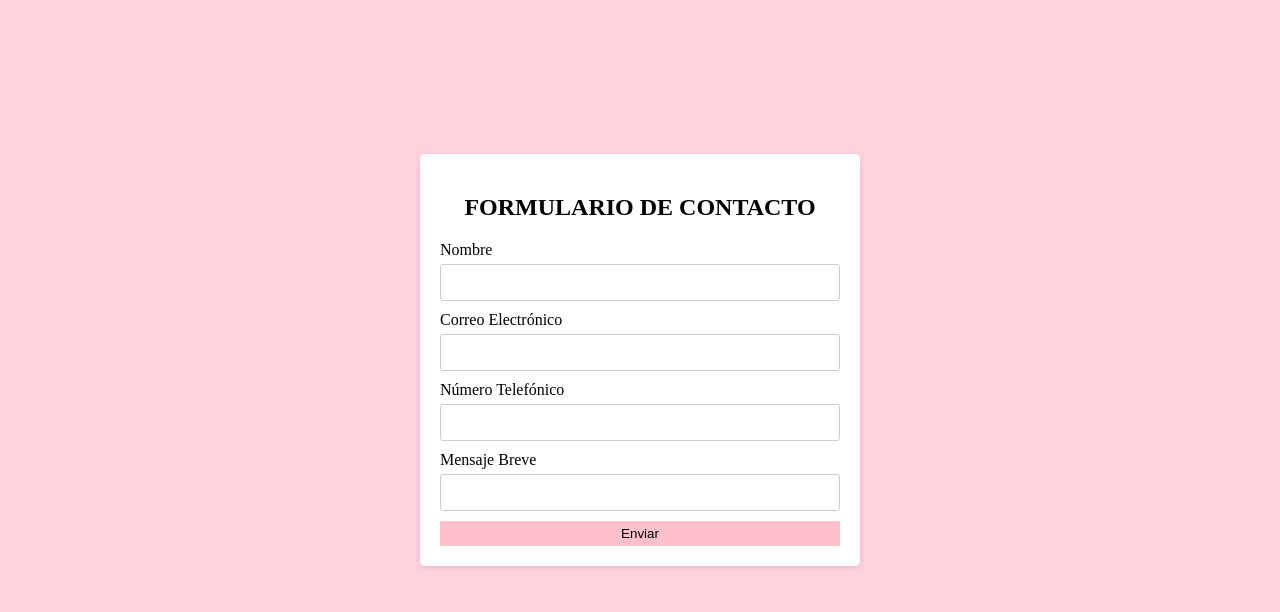
Repository: UVMCoyoacan/InnovaWeb
Page: indexformu.html
These files come from the project's save history. The page is drawn as it stood at one moment and after the next save; the edit follows.
The browser window is 1280 px wide. The pictures show the whole page.

Above is the page before, as saved 2024-03-01 13:27:48.

After the next save:
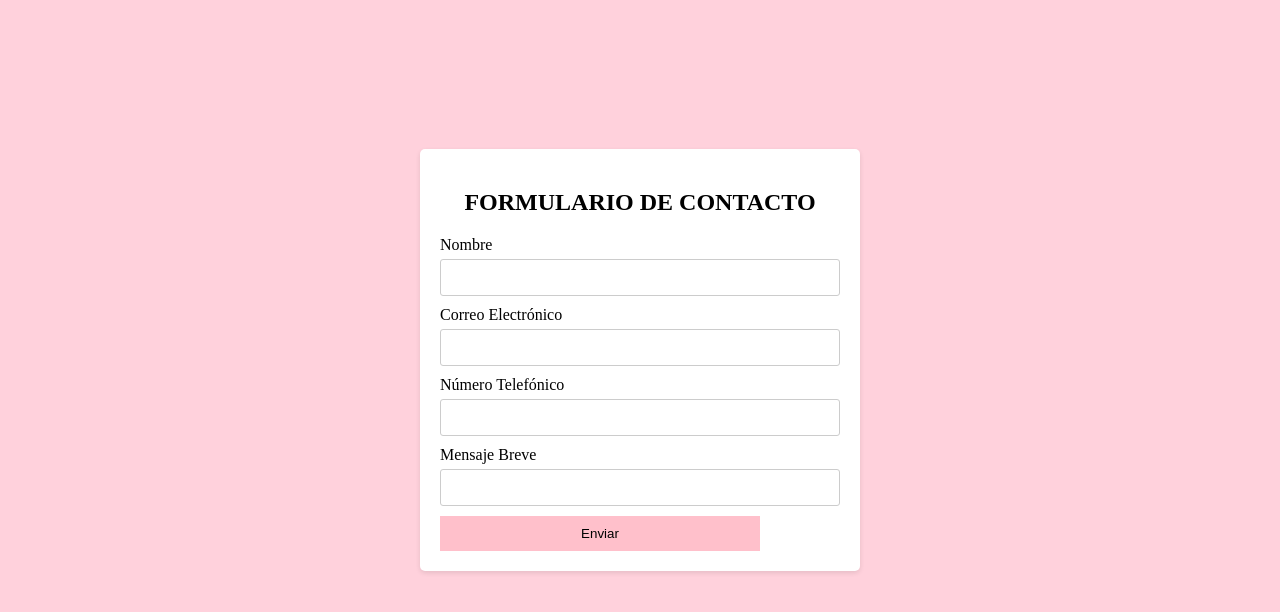
Saved 15 s later.
--- a/indexformu.html
+++ b/indexformu.html
@@ -43,10 +43,10 @@
             background-color: pink;
             color: black;
             border: 1vmin;
-            padding: 5px 20px;
+            padding: 10px 20px;
             cursor: pointer;
             border-radius: 0px;
-            width: 100%;
+            width: 80%;
             display: block;
         }
         input[type="submit"]:hover {
